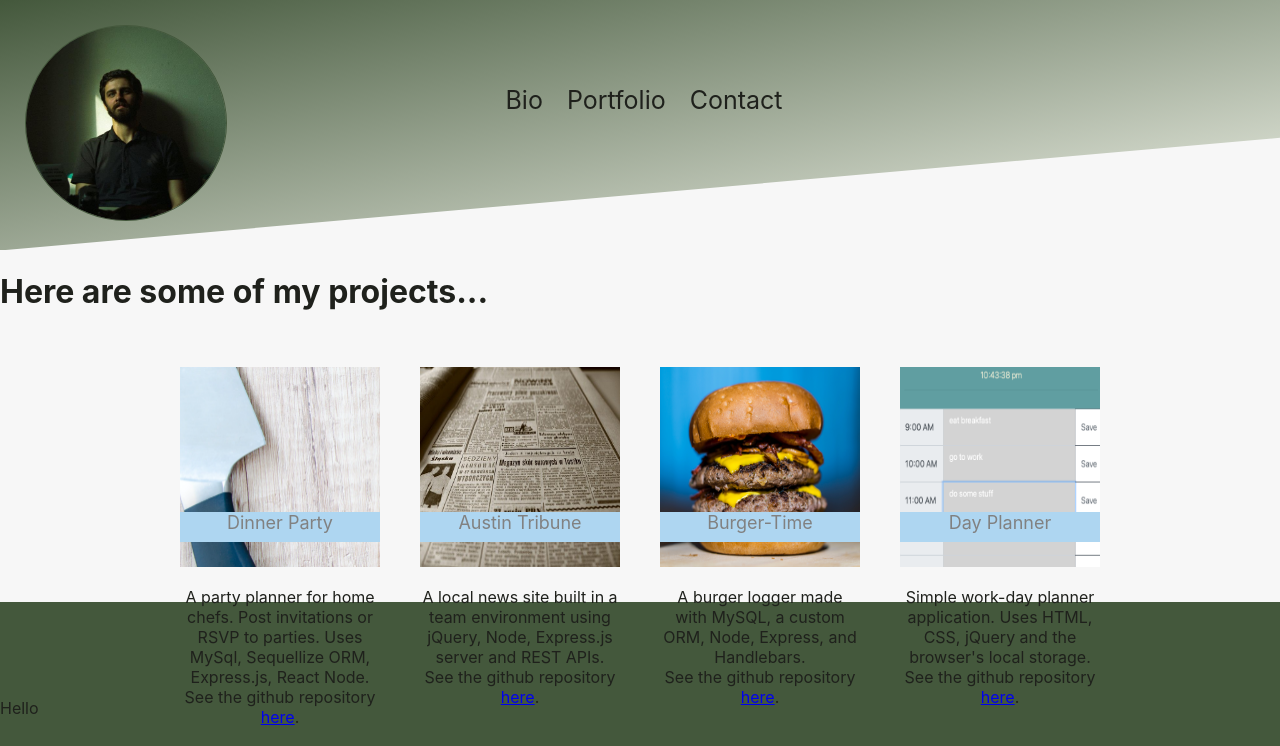
Repository: joeldelatte/react-portfolio
Page: /portfolio (app in client/)
The author's editor kept a copy of each file at every save. The page is drawn from the files as they stood at one save, then again after the next save.
The browser window is 1280 px wide. The pictures show the whole page.
The project was rebuilt for these pictures with package versions that can differ from the ones it lists, and the page was loaded fresh each time. Also part of the build but not shown: client/src/App.css, client/src/Components/Bio/Bio.js, client/src/Components/Contact/Contact.js.

Above is the page before, as saved 2020-07-11 01:02:58.

After the next save:
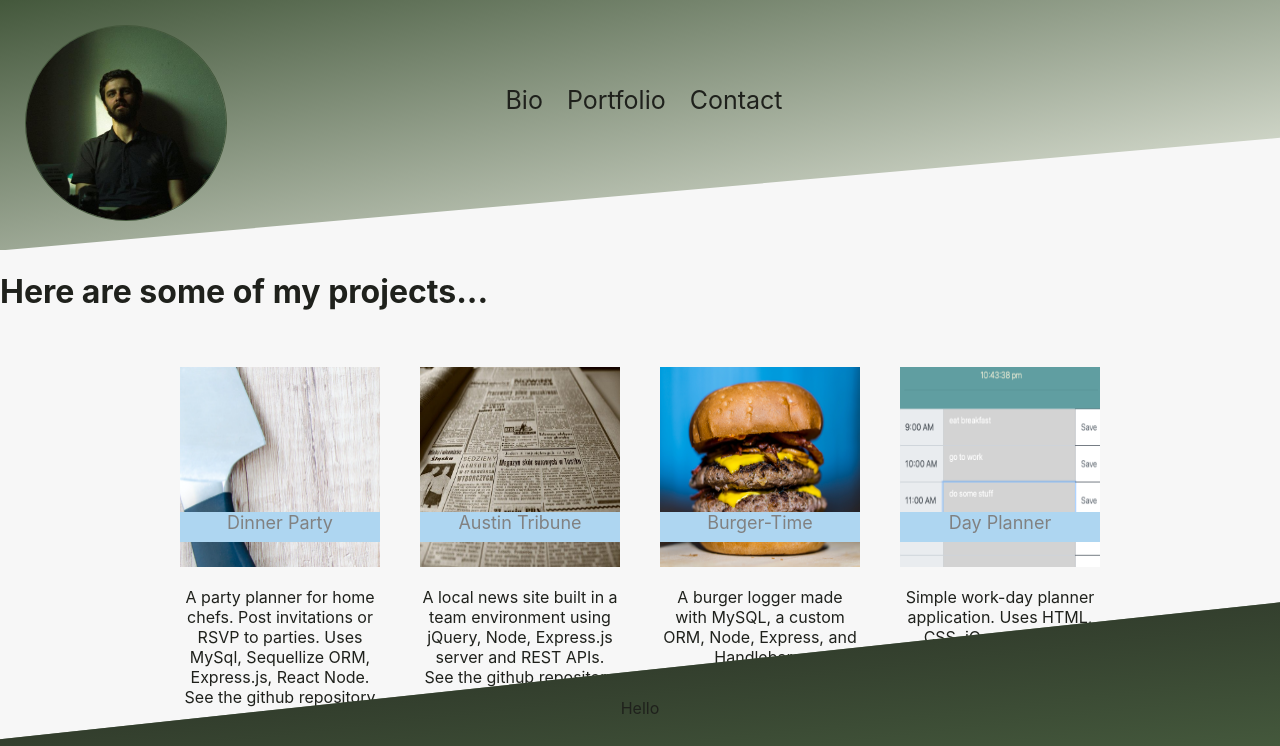
Saved 7 s later.
--- a/client/src/Components/Portfolio/portfolio.css
+++ b/client/src/Components/Portfolio/portfolio.css
@@ -62,10 +62,10 @@ footer {
     height: 3rem;
     padding-top: 6rem;
     background-color: rgb(68,88,60);
-    /* background-image: linear-gradient(to right bottom, rgba(31,33,28, 0.901), rgba(68,88,60, 0.601));
+    background-image: linear-gradient(to right bottom, rgba(31,33,28, 0.901), rgba(68,88,60, 0.601));
     -webkit-clip-path: polygon(0 95%, 100% 0, 100% 100%, 0 100%);
     clip-path: polygon(0 95%, 100% 0, 100% 100%, 0 100%);
-    text-align: center; */
+    text-align: center;
     flex: none;
   }
 
